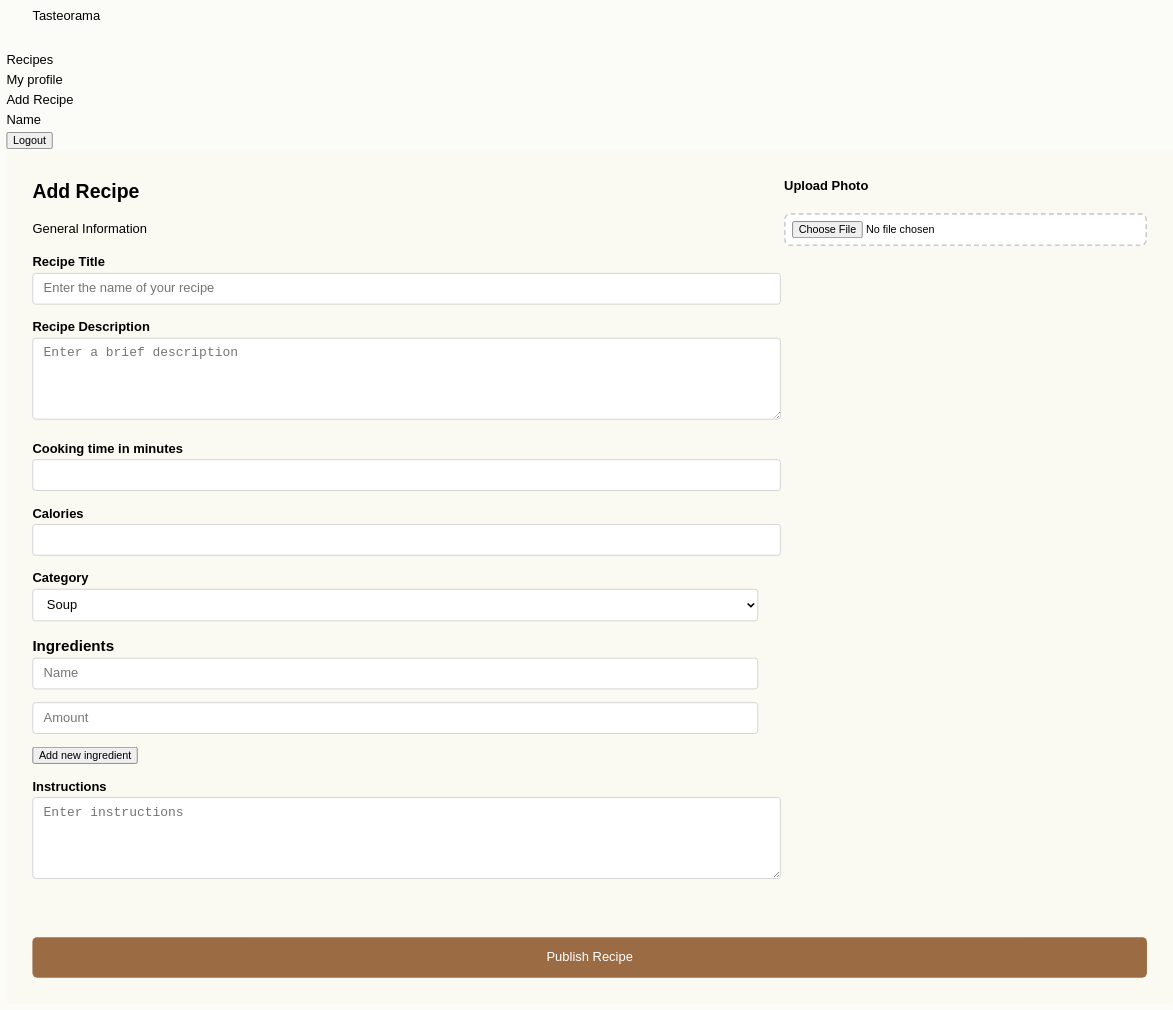
Repository: Alex-chernomor/frontEndRepo
Page: /
These files come from the project's save history. The page is drawn as it stood at one moment and after the next save; the edit follows.
The browser window is 1280 px wide. The page is 1448 px wide, then 1280 px, so the pictures cover 1448 px, including what lies to the right of the window. The pictures show the whole page, at 81% of full size.
The project was rebuilt for these pictures with package versions that can differ from the ones it lists, and the page was loaded fresh each time. Also part of the build but not shown: vite.config.js, src/sections/Header/Header.module.css.

Above is the page before, as saved 2025-07-03 18:23:18.

After the next save:
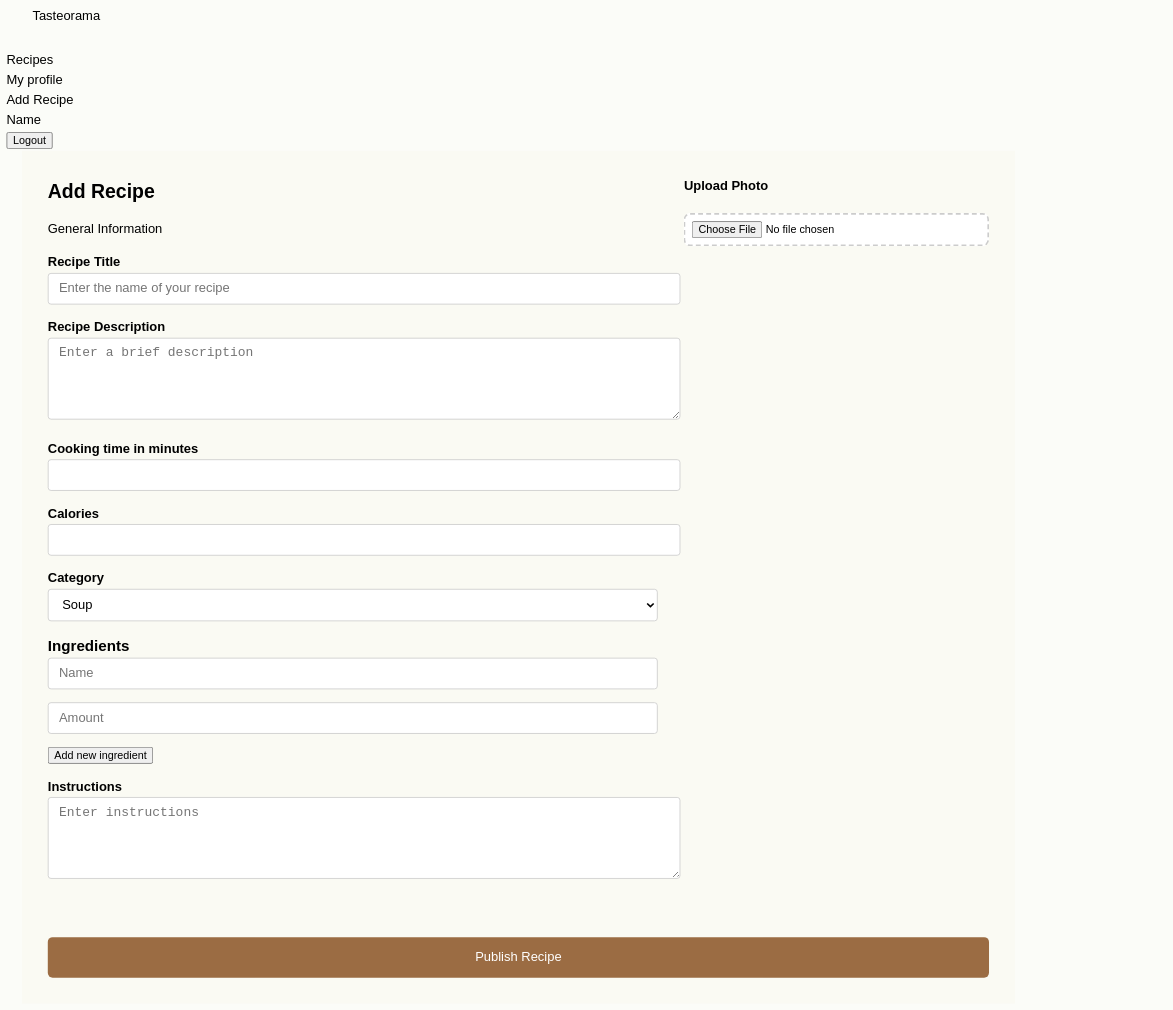
Saved 58 s later.
--- a/src/components/RecipeForm/RecipeForm.module.css
+++ b/src/components/RecipeForm/RecipeForm.module.css
@@ -2,9 +2,8 @@
     display: grid;
     grid-template-columns: 2fr 1fr;
     gap: 2rem;
-    width: 1226px;
-
-    /* ✅ Фіксована ширина на десктоп */
+    max-width: 1226px;
+    width: 100%;
     margin: 0 auto;
     padding: 2rem;
     background-color: #fafaf3;
